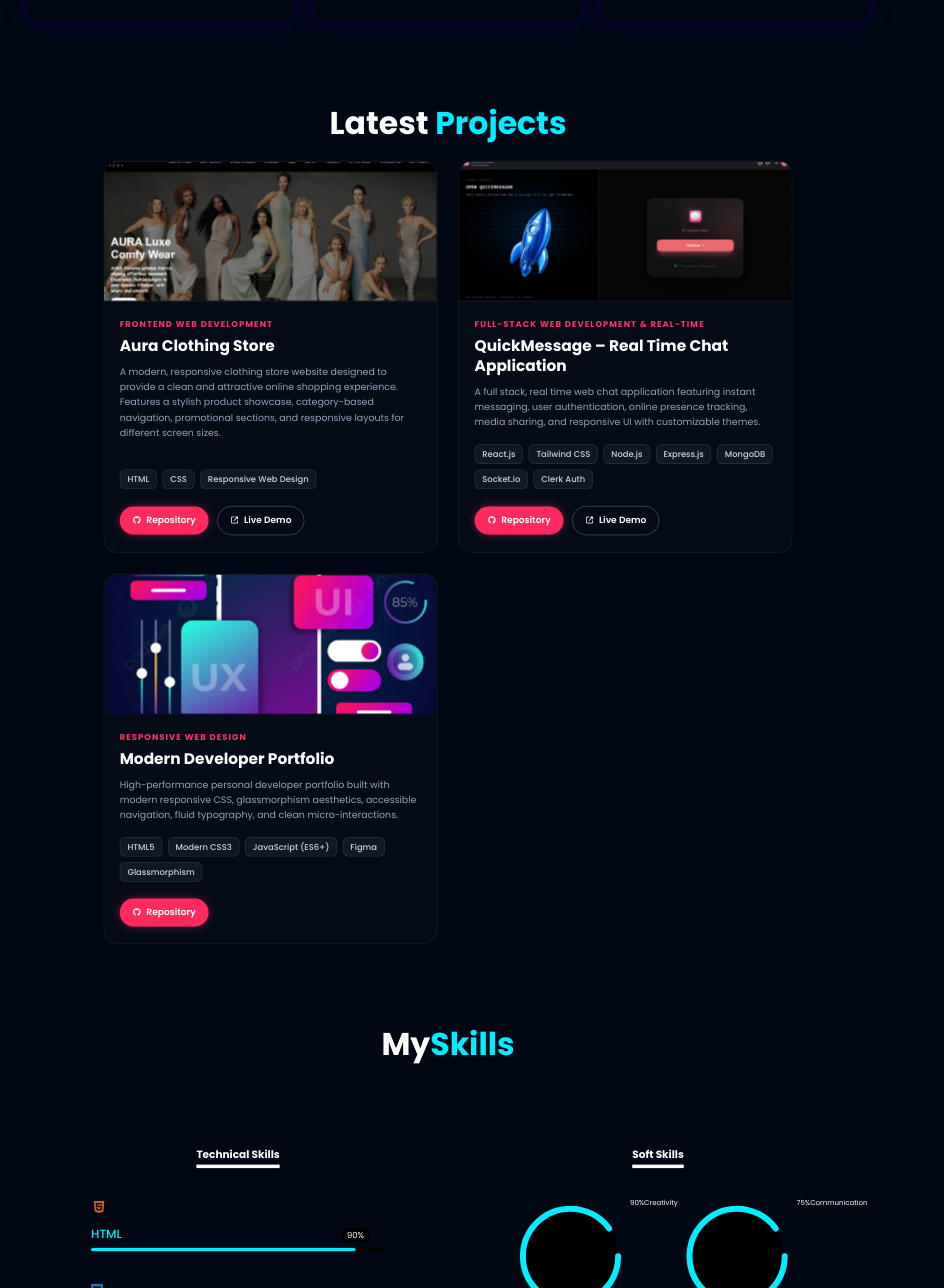
Repository: WathsalaHW/WathsalaHW_Portfolio
Page: index.html
These files come from the project's save history. The page is drawn as it stood at one moment and after the next save; the edit follows.
The browser window is 1280 px wide. The page is 1348 px wide, so the pictures cover 1348 px, including what lies to the right of the window. The pictures show the part of the page from y = 2204 to 4044 px (the page is 5311 px tall), at 70% of full size.

Above is the page before, as saved 2026-09-30 18:09:35.
Console error: TypeError: Cannot read properties of null (reading 'classList')

After the next save:
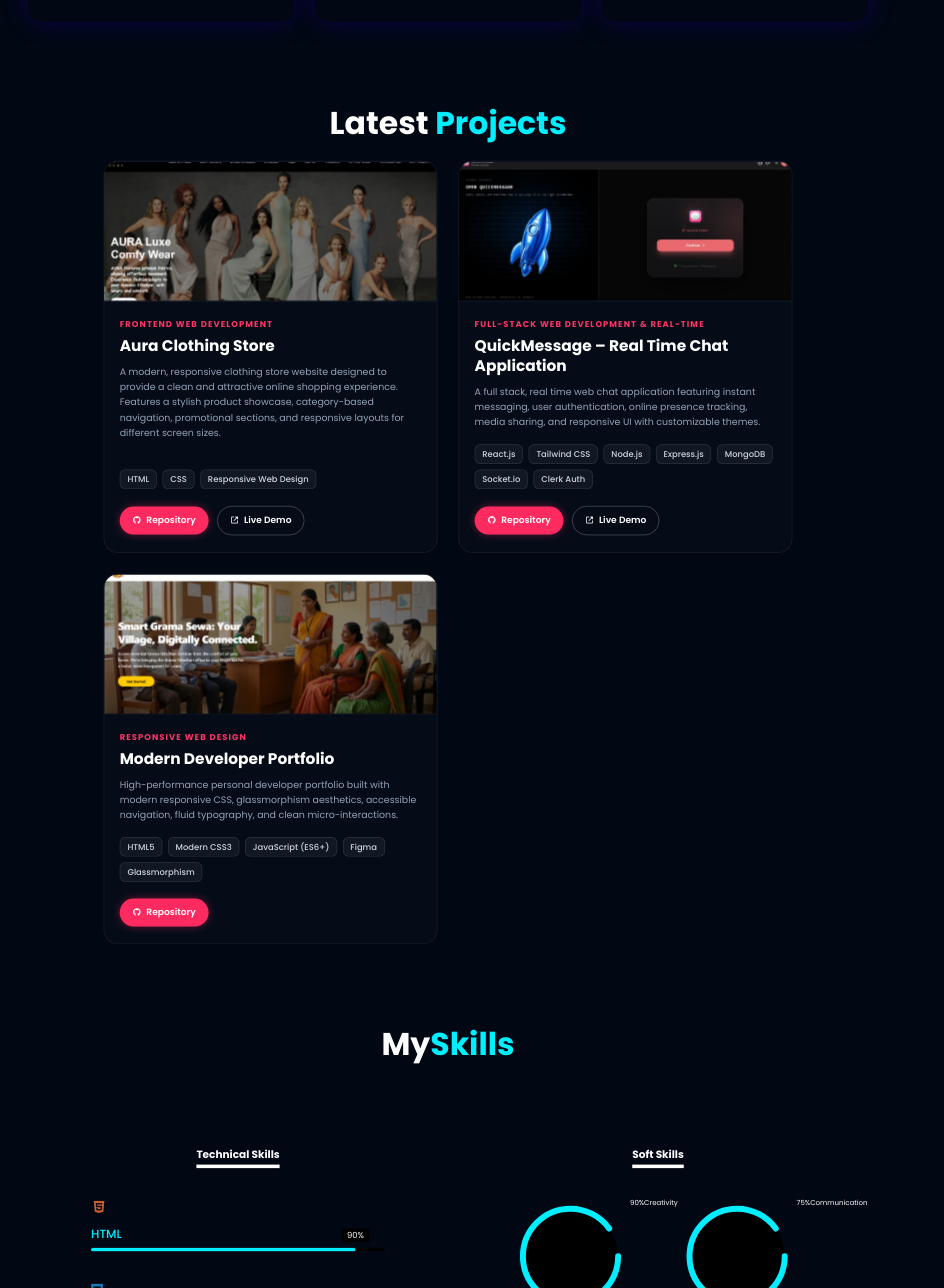
Saved 57 s later.
--- a/index.html
+++ b/index.html
@@ -371,7 +371,7 @@
       <!-- Project Card 3 -->
       <div class="project-card">
         <div class="project-img-box">
-          <img src="images/portfolio1.jpg" alt="Developer Portfolio Preview">
+          <img src="images/portfolio.png" alt="Developer Portfolio Preview">
         </div>
         <div class="project-info">
           <span class="project-category">Responsive Web Design</span>
